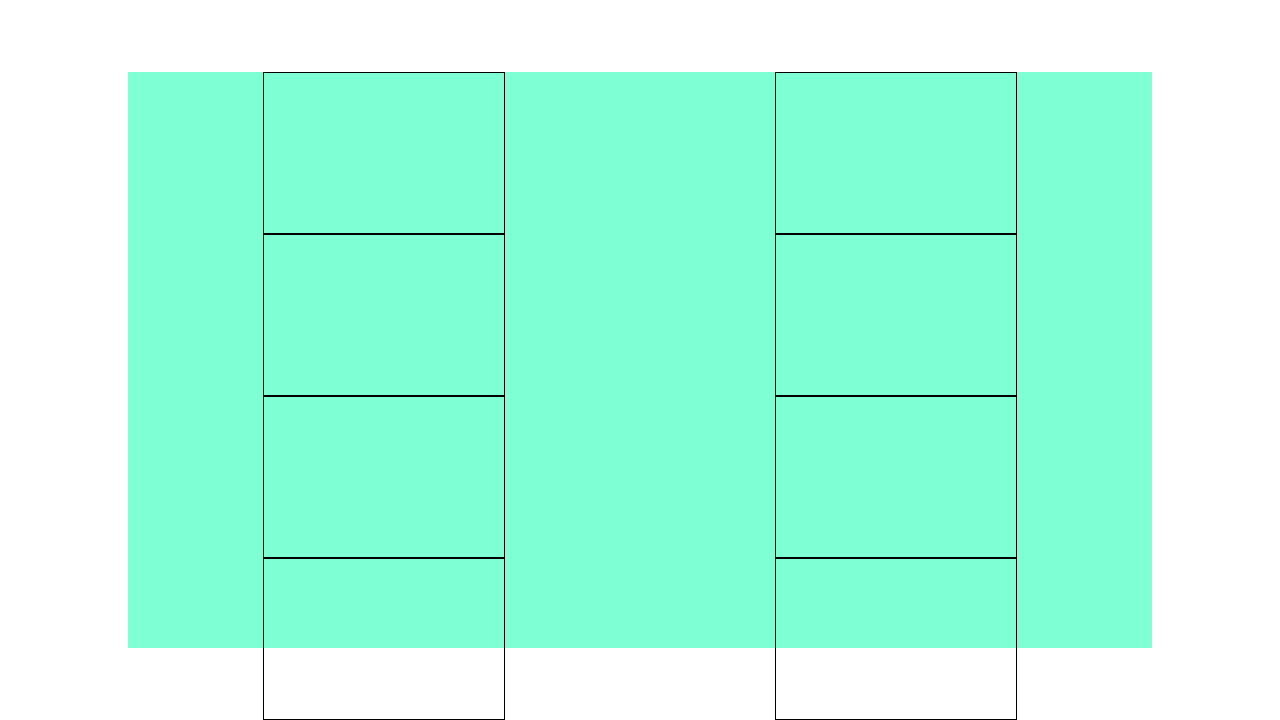
Repository: lidkaa/devTasks
Page: 0. Zadania Testowe/zadania/FlexboxCentered.html
These files come from the project's save history. The page is drawn as it stood at one moment and after the next save; the edit follows.
The browser window is 1280 px wide. The pictures show the whole page.

Above is the page before, as saved 2022-02-01 09:41:05.

After the next save:
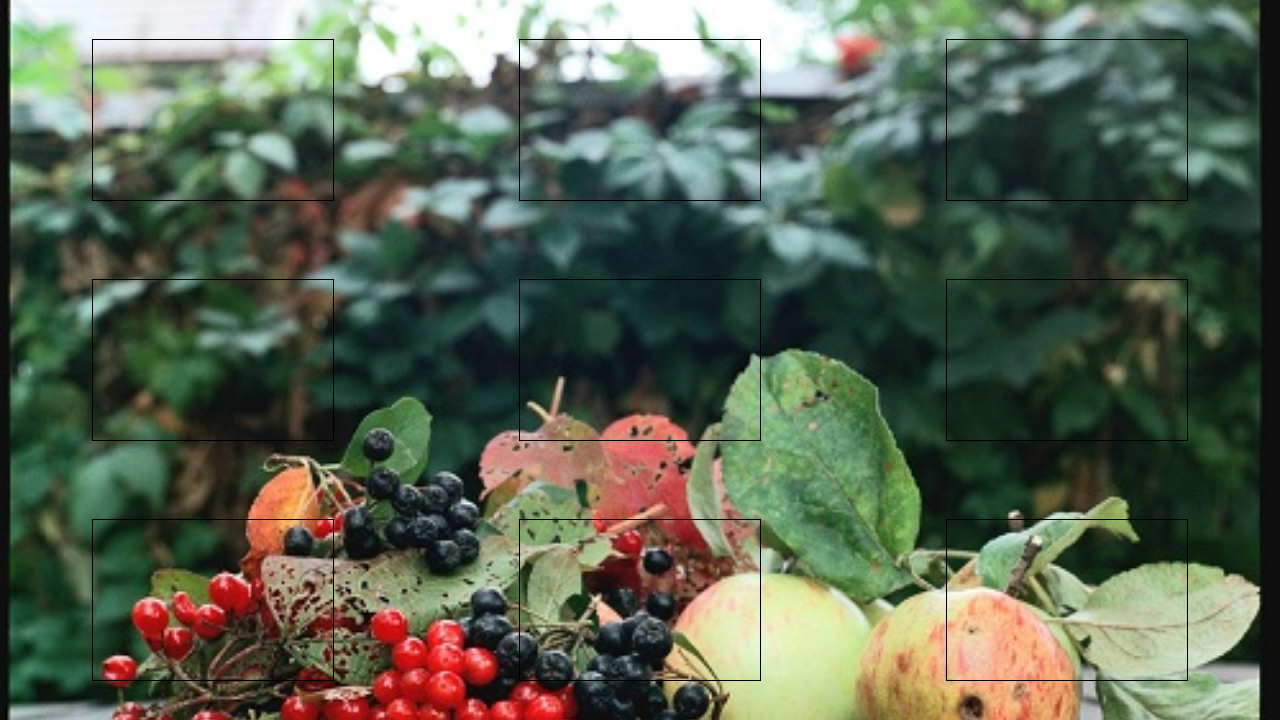
Saved 8 s later.
--- a/0. Zadania Testowe/zadania/flexboxcentered.css
+++ b/0. Zadania Testowe/zadania/flexboxcentered.css
@@ -33,7 +33,7 @@
     /* transition: 2s ; */
 }
 
-.cells:nth-child() {
+.cells:nth-child(1) {
     width: 100%;
     height: 100%;
     background-image: url('./pexel/pexel1.jpg');
